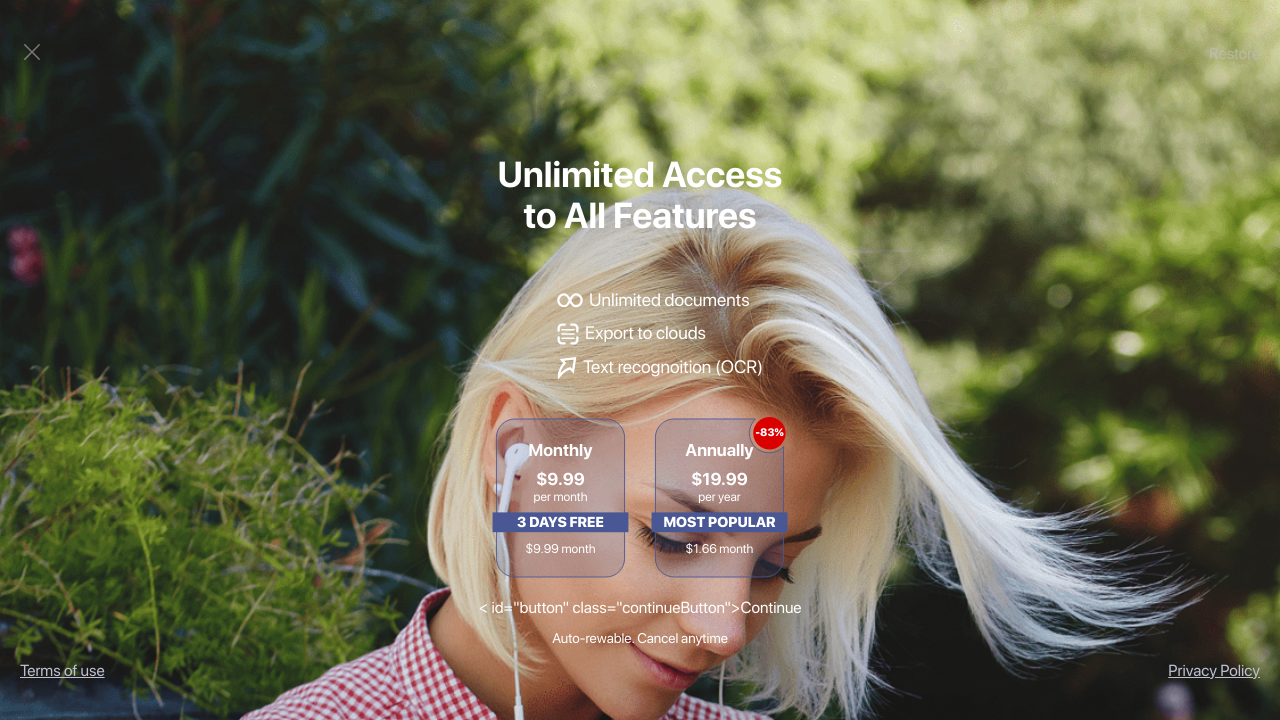
Repository: Ivan0195/bp-banner
Page: /
These files come from the project's save history. The page is drawn as it stood at one moment and after a run of saves; the edit follows.
The browser window is 1280 px wide. The pictures show the whole page.
The project was rebuilt for these pictures with package versions that can differ from the ones it lists, and the page was loaded fresh each time. Also part of the build but not shown: webpack.config.js.

Above is the page before, as saved 2023-03-17 11:15:02.

### src/index.html
<!DOCTYPE html>
<html lang="en">

<head>
  <meta charset="UTF-8">
  <meta http-equiv="X-UA-Compatible" content="IE=edge">
  <meta name="viewport" content="width=device-width, initial-scale=1.0">
  <link rel="icon" href="img/favicon.png" type="image/png">
  <title>BP-mobile</title>
</head>

<body>


  <header>
    <a href="#"><img src="/src/img/close.svg" alt="close"></a>
    <a href="#" class="restore">Restore</a>
  </header>


  <main>

    <h1 class="titleText">Unlimited Access to All Features</h1>

    <ul>
      <li>
        <img src="/src/img/unlimitedDocs.svg"/>
        Unlimited documents
      </li>
      <li><img src="/src/img/noAds.svg" />Export to clouds</li>
      <li><img src="/src/img/export.svg" />Text recognoition (OCR)</li>
    </ul>

    <div class="subscriptionsBlock">

      <div id="month" class="subscriptionMonthlyBlock">
        <span class="title">Monthly</span>
        <div class="subscriptionPriceBlock">
          <span class="bigPrice">$9.99</span>
          <span class="smallText">per month</span>
        </div>
        <span class="promotionLine">3 days free</span>
        <span class="smallText">$9.99 month</span>
      </div>

      <div id="year" class="subscriptionAnnualyBlock">
        <div class="discountTag">-83%</div>
        <span class="title">Annually</span>
        <div class="subscriptionPriceBlock">
          <span class="bigPrice">$19.99</span>
          <span class="smallText">per year</span>
        </div>
        <span class="promotionLine">most popular</span>
        <span class="smallText">$1.66 month</span>
      </div>

    </div>

    <form>
      < id="button" class="continueButton">Continue</>
    </form>
      <span class="smallText">Auto-rewable. Cancel anytime</span>
  </main>


  <footer>
    <a href='#'>Terms of use</a>
    <a href='#'>Privacy Policy</a>
  </footer>


</body>
</html>

### src/index.js
import './index.html';
import './index.scss';

const month = document.getElementById('month');
const year = document.getElementById('year');
const button = document.getElementById('button');

const onElementSelect = (element, target, link) => {
    element.style.scale = 0.9;
    element.style.opacity = 0.5;
    target.style.scale = 1;
    target.style.opacity = 1;
    button.href = link;
}

month.onclick = () => onElementSelect(year, month, 'https://apple.com/');
year.onclick = () => onElementSelect(month, year, 'https://google.com/ ');

### src/style/_fonts.scss
@font-face {
  font-family: 'SFPro';
  src: url('../fonts/SFProDisplay-Regular.woff2') format('woff2'),
    url('../fonts/SFProDisplay-Regular.woff') format('woff');
}

@font-face {
  font-family: 'SFPro-Bold';
    src: url('../fonts/SFProDisplay-Bold.woff2') format('woff2'),
      url('../fonts/SFProDisplay-Bold.woff') format('woff');
  }

  @font-face {
    font-family: 'SFPro-Heavy';
    src: url('../fonts/SFProDisplay-Heavy.woff2') format('woff2'),
      url('../fonts/SFProDisplay-Heavy.woff') format('woff');
  }

### src/style/_var.scss
$textPrimary: #FFFFFF;
$textSecondary: #BDC0D0;
@mixin FlexCenter {
    display: flex;
    align-items: center;
    justify-content: center;
}

### src/style/_style.scss
body {
  font-family: 'SFPro';
  color: $textPrimary;
  background-image: url("/src/img/background-image.png");
  background-size: cover;
  padding: 40px 20px;
  display: flex;
  flex-direction: column;
  align-items: center;
  justify-content: space-between;
  box-sizing: border-box;
  height: 100vh;
}

header {
  @include FlexCenter;
  justify-content: space-between;
  width: 100%;
}

main {
  @include FlexCenter;
  flex-direction: column;
  justify-content: flex-end;
  height: 100%;
  row-gap: 12px;
  padding-bottom: 16px;
}

ul {
  list-style-type: none;
  font-size: 18px;
  display: flex;
  flex-direction: column;
  row-gap: 12px;
}

li {
  display: flex;
  column-gap: 6px;
}

footer {
  width: 100%;
  @include FlexCenter;
  justify-content: space-between;
  color: $textSecondary;
  text-decoration: underline;
}

a {
  text-decoration: none;
  color: $textSecondary;
}

a:visited {
  text-decoration: none;
  color: $textSecondary;
}

.restore {
opacity: 0.6;
}

.titleText {
  width: 286px;
  text-align: center;
  font-family: 'SFPro-Bold';
  font-size: 36px;
}

.subscriptionsBlock {
  @include FlexCenter;
  column-gap: 8px;
}

.subscriptionMonthlyBlock {
  @include FlexCenter;
  flex-direction: column;
  row-gap: 10px;
  background-image: url('/src/img/shape-1.svg');
  height: 178px;
  width: 151px;
  background-size: contain;
  background-repeat: no-repeat;
  background-position: top;
  scale: 0.9;
  transition: all .5s
}

.subscriptionAnnualyBlock {
  position: relative;
  @extend .subscriptionMonthlyBlock;
  background-image: url('/src/img/shape-2.svg');
}

.subscriptionPriceBlock {
  @include FlexCenter;
  flex-direction: column;
}

.title {
  font-family: 'SFPro-bold';
    font-size: 19px;
}

.bigPrice {
  font-family: 'SFPro-bold';
  font-size: 19px;
}

.promotionLine {
  @include FlexCenter;
  background-color: #495795;
  width: 100%;
  text-align: center;
  font-family: 'SFPro-Heavy';
  text-transform: uppercase;
  height: 22px;
}

.smallText {
  font-size: 14px
}

.discountTag {
  @include FlexCenter;
  height: 36px;
  width: 36px;
  border-radius: 50%;
  background-color: #DB0000;
  position: absolute;
  font-family: 'SFPro-Heavy';
  font-size: 12px;
  top: -1px;
  right: 2px;
}

.continueButton {
  @include FlexCenter;
  width: 100%;
  background: linear-gradient(270deg, #1987FF 0%, #19CCFF 100%);
  border: none;
  height: 54px;
  border-radius: 27px;
  font-family: 'SFPro';
  font-size: 17px;
  color: $textPrimary
}

Loaded but not shown: src/index.scss (common file)

After the next 2 saves:
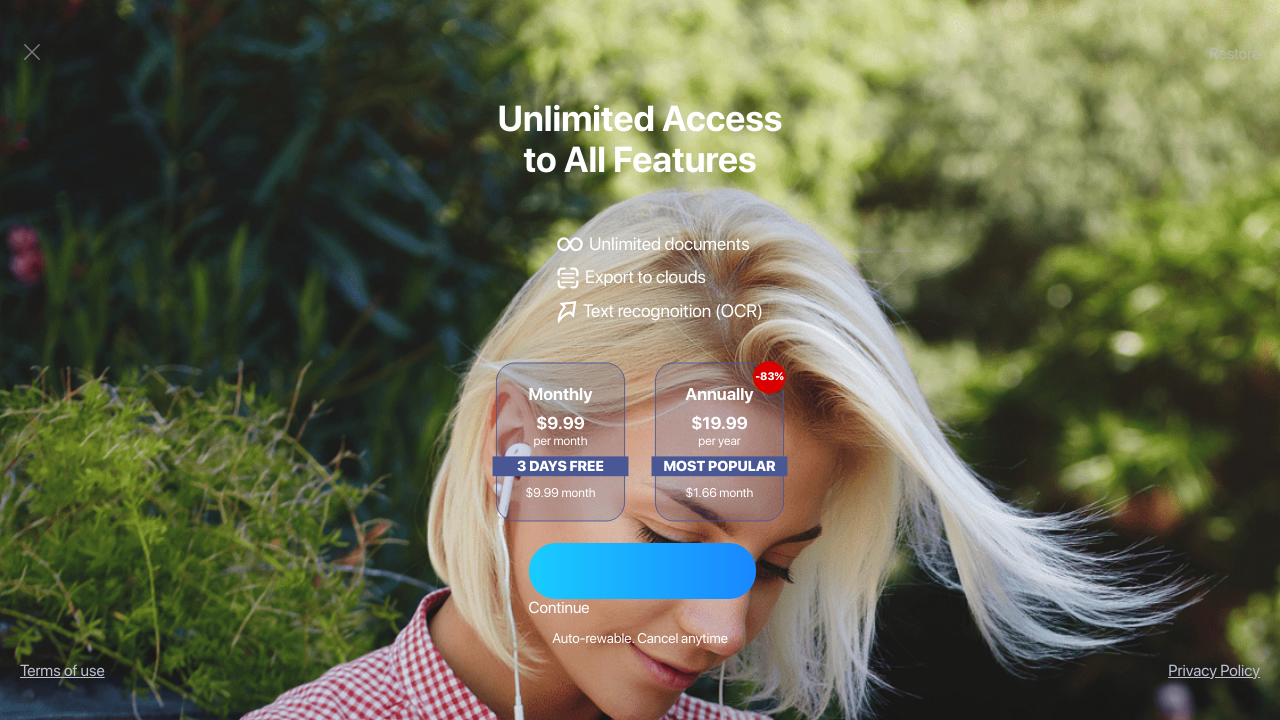
The 2 saves are shown as one change because they came seconds apart.
The last was saved 6 s later.
--- a/src/index.html
+++ b/src/index.html
@@ -57,7 +57,7 @@
     </div>
 
     <form>
-      < id="button" class="continueButton">Continue</>
+      <input id="button" class="continueButton">Continue</input>
     </form>
       <span class="smallText">Auto-rewable. Cancel anytime</span>
   </main>
